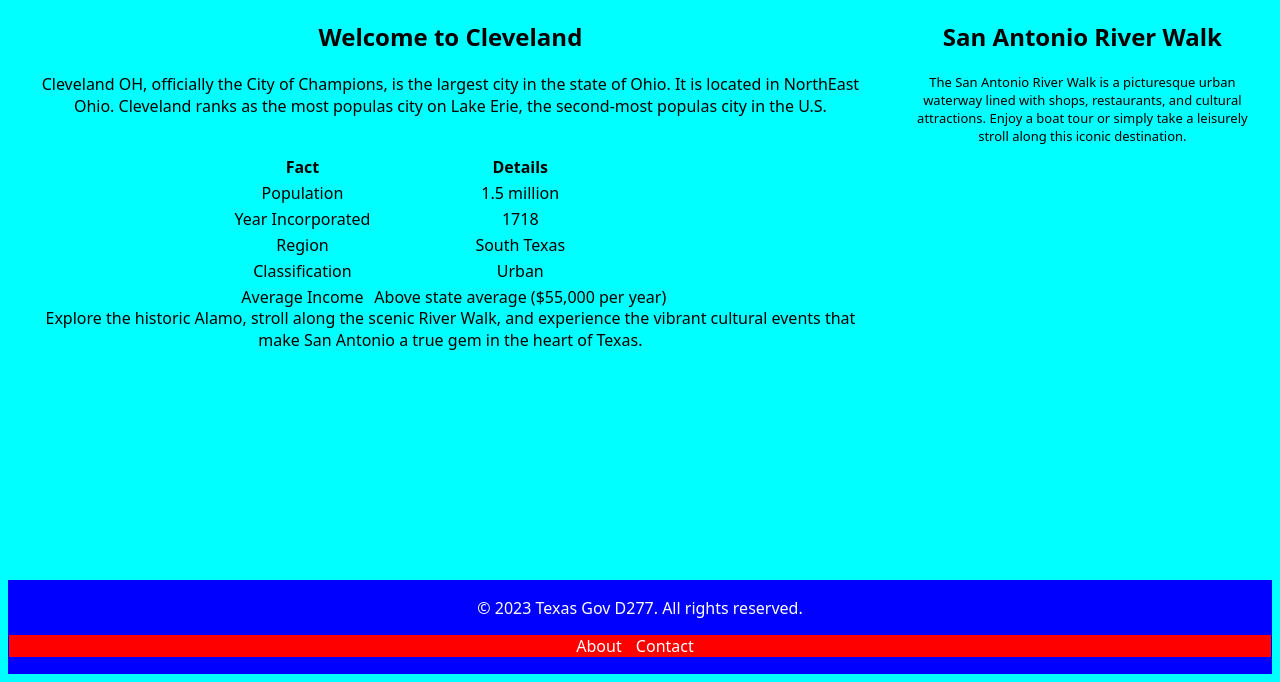
Repository: MikeeBuilds/FEWD-task1
Page: cleveland.html
An editor plug-in stored every save of this project. The page is shown before and after a run of saves, followed by the edit.
The browser window is 1280 px wide. The pictures show the part of the page from y = 523 to 1205 px (the page is 1205 px tall).
A picture or video elsewhere on the page could not be fetched, so the positions and the page height are approximate.

Above is the page before, as saved 2024-07-02 11:51:53.

### cleveland.html
<!DOCTYPE html>
<html lang="en">

<head>
    <title>Cleveland City of Champions </title>
    <link rel="stylesheet" href="style.css">
</head>

<body>

    <header>
        <h1>Cleveland</h1>
        <img src="images/san-antonio.jpg" alt="San Antonio Riverwalk">
        <h4>"The Rock and Roll Capitol of the world"</h4>
        <nav>
            <ul>
                <li><a href="index.html">Home</a></li>
                <li><a href="columbus.html">Columbus</a></li>
                <li><a href="cincinatti.html">Cincinatti</a></li>
                <li><a href="Cleveland.html">Dallas</a></li>
            </ul>
        </nav>
    </header>

    <section>
        <h2>Welcome to Cleveland</h2>
        <p>
            Cleveland OH, officially the City of Champions, is the largest city in the state of Ohio. It is located in NorthEast Ohio. Cleveland ranks as the most populas city on Lake Erie, the second-most populas city in the U.S.
        </p>

        <table id="table">
            <tr>
                <th>Fact</th>
                <th>Details</th>
            </tr>
            <tr>
                <td>Population</td>
                <td>1.5 million</td>
            </tr>
            <tr>
                <td>Year Incorporated</td>
                <td>1718</td>
            </tr>
            <tr>
                <td>Region</td>
                <td>South Texas</td>
            </tr>
            <tr>
                <td>Classification</td>
                <td>Urban</td>
            </tr>
            <tr>
                <td>Average Income</td>
                <td>Above state average ($55,000 per year)</td>
            </tr>
        </table>

        <p>
            Explore the historic Alamo, stroll along the scenic River Walk, and experience the vibrant cultural events
            that make San Antonio a true gem in the heart of Texas.
        </p>
    </section>

    <aside>
        <h2>San Antonio River Walk</h2>
        <p class="asideparagraph">
            The San Antonio River Walk is a picturesque urban waterway lined with shops, restaurants, and cultural attractions.
            Enjoy a boat tour or simply take a leisurely stroll along this iconic destination.
        </p>
    </aside>

    <footer>
        <p>&copy; 2023 Texas Gov D277. All rights reserved.</p>
        <nav>
            <ul>
                <li><a href="about.html">About</a></li>
                <li><a href="contact.html">Contact</a></li>
            </ul>
        </nav>
    </footer>

</body>

</html>

### style.css
body {
    background-color: aqua;
    font-family:system-ui, -apple-system, BlinkMacSystemFont, 'Segoe UI', Roboto, Oxygen, Ubuntu, Cantarell, 'Open Sans', 'Helvetica Neue', sans-serif;
}

header {
    clear: both;
    background-color: blue;
    color: white;
    padding: 1px;
    text-align: center;
}

nav {
    background-color: red;
    color: white;
}

nav ul {
    list-style: none;
    padding: 0;
}

nav ul li {
    display: inline-block;
    margin-right: 15px;
}

nav ul li a {
    text-decoration: none;
    color: white;
}

nav ul li a:hover {
    color: red;
    background-color: blue;
}

section {
    width: 70%;
    float: left;
    padding: 20px;
    box-sizing: border-box;
    text-align: center;
    height:600px;
    overflow-y: auto;
}


aside {
    width: 30%;
    float: left;
    padding: 20px;
    box-sizing: border-box;
    text-align: center;
    height: 600px;
    overflow-y: auto;
}

footer {
    clear: both;
    background-color: blue;
    color: white;
    padding: 1px;
    text-align: center;
}

footer nav ul {
    list-style: none;
}

footer nav ul li {
    display: inline-block;
    margin-right: 10px;
}

footer nav ul li a {
    text-decoration: none;
    color: white;
}

#table {
    position:relative;
    top: 20px;
    margin: 0px auto;
}

.asideparagraph {
   font-size: small;
}

.absolute-note {
    position: absolute;
    top: 10px;
    left: 10px;
    background-color: yellow;
    padding: 5px;
    border: 1px solid black;
}

main {
    width: 70%;
    margin: 0 auto;
    text-align: center;
}

After the next 3 saves:
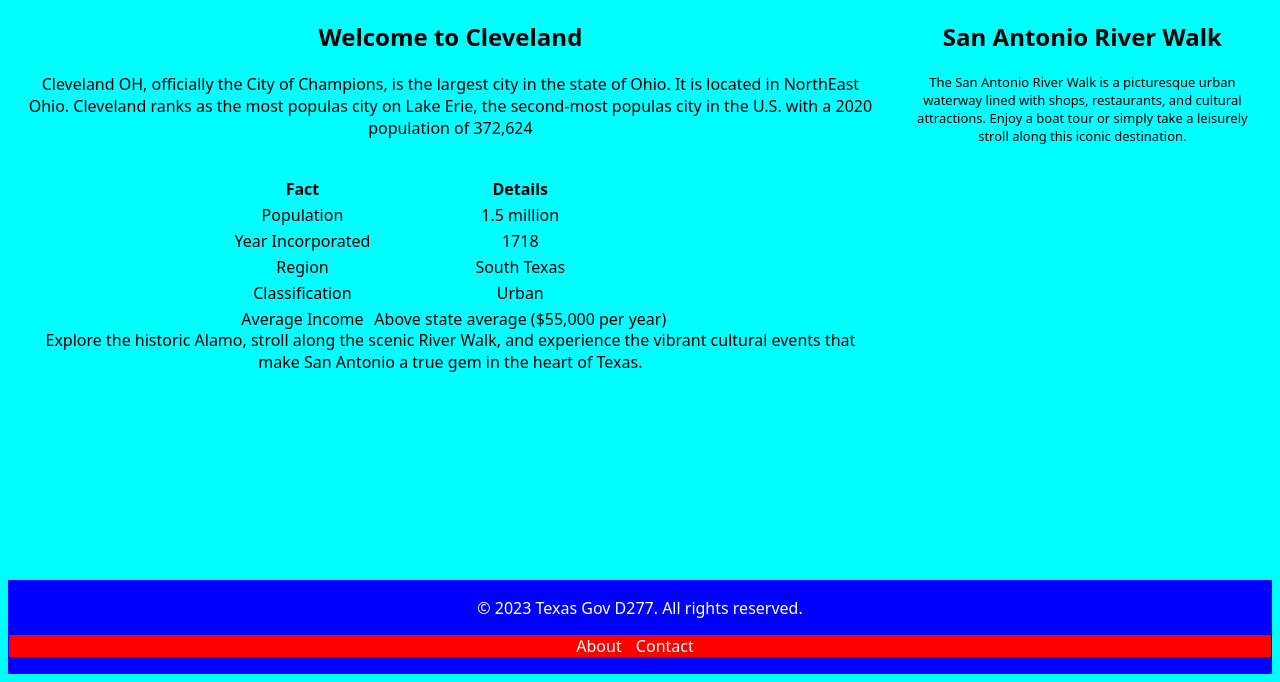
The 3 saves are shown as one change because they came seconds apart.
The last was saved 16 s later.
--- a/cleveland.html
+++ b/cleveland.html
@@ -25,7 +25,7 @@
     <section>
         <h2>Welcome to Cleveland</h2>
         <p>
-            Cleveland OH, officially the City of Champions, is the largest city in the state of Ohio. It is located in NorthEast Ohio. Cleveland ranks as the most populas city on Lake Erie, the second-most populas city in the U.S.
+            Cleveland OH, officially the City of Champions, is the largest city in the state of Ohio. It is located in NorthEast Ohio. Cleveland ranks as the most populas city on Lake Erie, the second-most populas city in the U.S. with a 2020 population of 372,624
         </p>
 
         <table id="table">
